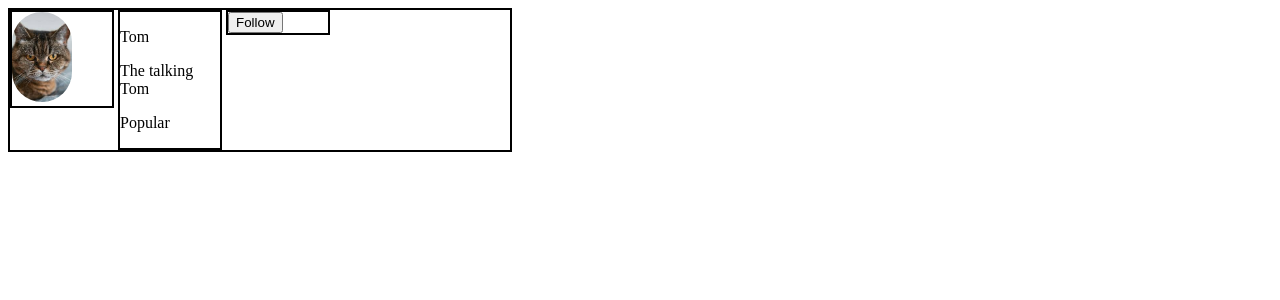
Repository: RagulRanjeeth/Frontend
Page: Exercises/Layouts.html
An editor plug-in stored every save of this project. The page is shown before and after the next save, followed by the edit.
The browser window is 1280 px wide. The pictures show the whole page.

Above is the page before, as saved 2026-01-23 16:15:58.

### Exercises/Layouts.html
<!DOCTYPE html>
<html>
    <head>
        <title>
            Layout Exercises
        </title>
        <link rel="stylesheet" href="Profile.css">
    </head>
    <body>
        <div class="MainContainer">
            <div class="ProfilePictureContainer">
               <img class="CatImage" src="ProfilePic/download.jpg">
            </div>
            <div class="ProfileDescription">
                <p class="DescriptionName">Tom</p>
                <p class="DescriptionSecondaryName">The talking Tom</p>
                <p class="DescriptionPopular">Popular</p>
            </div>
            <div class="ProfileButton">
                <button>Follow</button>
            </div>
        </div>
    </body>
</html>

### Exercises/Profile.css
.MainContainer{
    width:500px;
    border-width:2px;
    border-style: solid;
}
.ProfilePictureContainer{
    width:100px;
    display:inline-block;
    border-width:2px;
    border-style: solid;
    vertical-align: top;

}

.CatImage{
    width:60px;
    /* object-fit: contain; */
    border-radius:100px;
}

.ProfileDescription{
    width:100px;
    display:inline-block;
    border-width:2px;
    border-style: solid;
     vertical-align: top;
}

.ProfileButton{
     width:100px;
    display:inline-block;
    border-width:2px;
    border-style: solid;
     vertical-align: top;

}

After the next save:
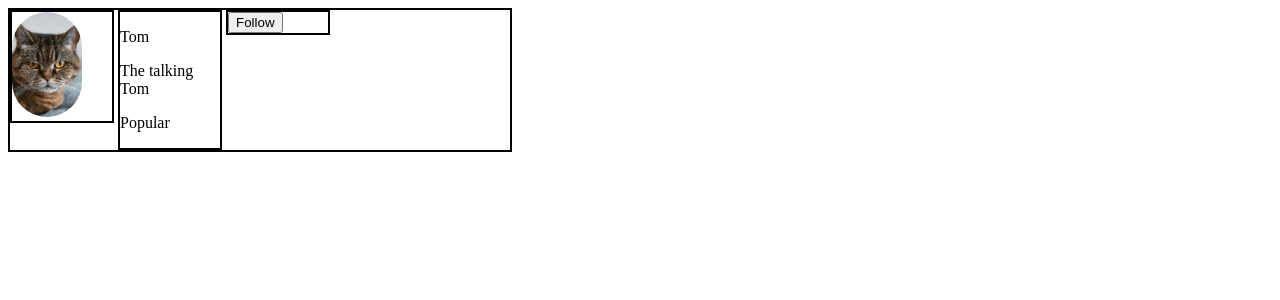
Saved 6 s later.
--- a/Exercises/Profile.css
+++ b/Exercises/Profile.css
@@ -13,7 +13,7 @@
 }
 
 .CatImage{
-    width:60px;
+    width:70px;
     /* object-fit: contain; */
     border-radius:100px;
 }

After the save that followed:
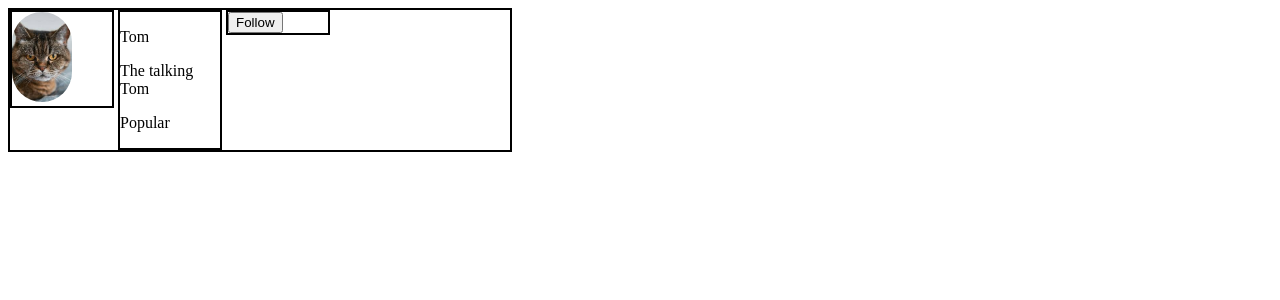
Saved 8 s later.
--- a/Exercises/Profile.css
+++ b/Exercises/Profile.css
@@ -13,7 +13,7 @@
 }
 
 .CatImage{
-    width:70px;
+    width:60px;
     /* object-fit: contain; */
     border-radius:100px;
 }
